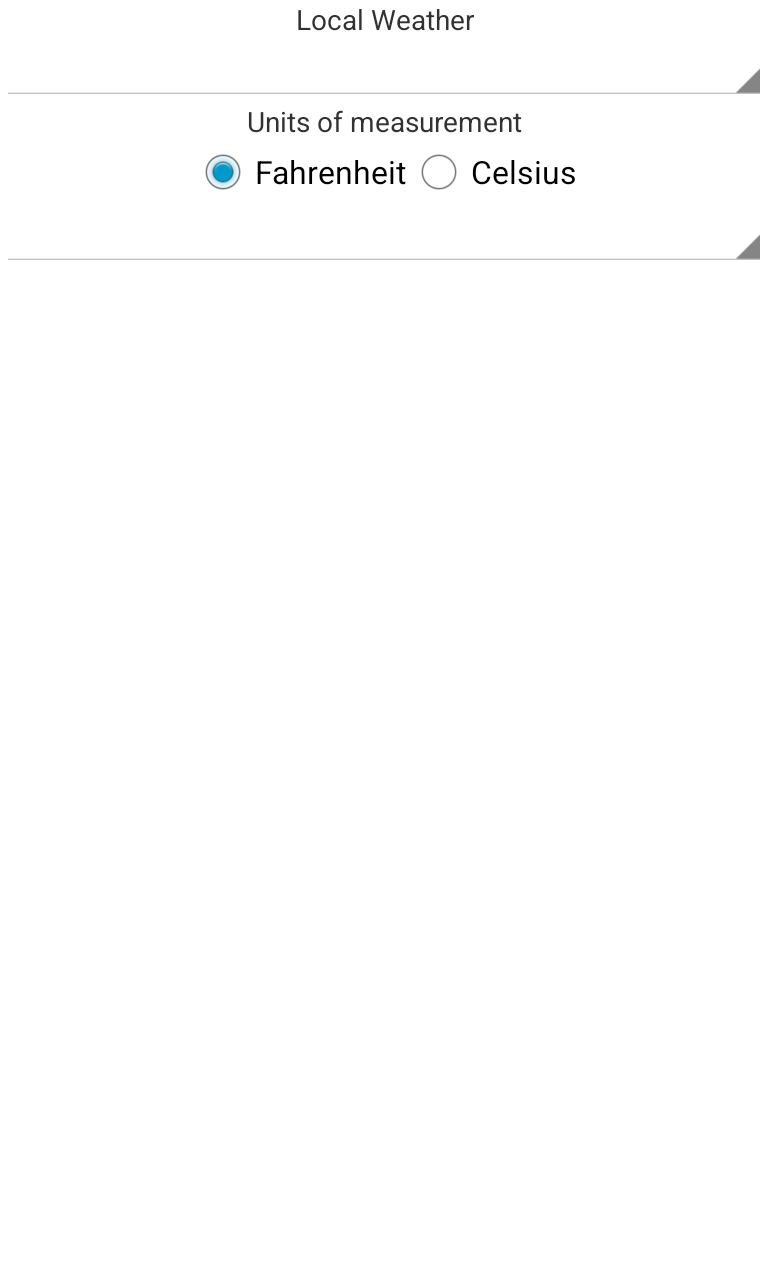
Repository: efreestone/Java1
Layout: Java1Project4/res/layout/activity_main.xml
An editor plug-in stored every save of this project. The layout is shown before and after the next save, followed by the edit.
It is drawn on a 768 x 1280 px phone screen (xhdpi) without system bars, with theme AppTheme; the app's code is not run.

Above is the layout before, as saved 2014-03-25 21:00:49.

After the next save:
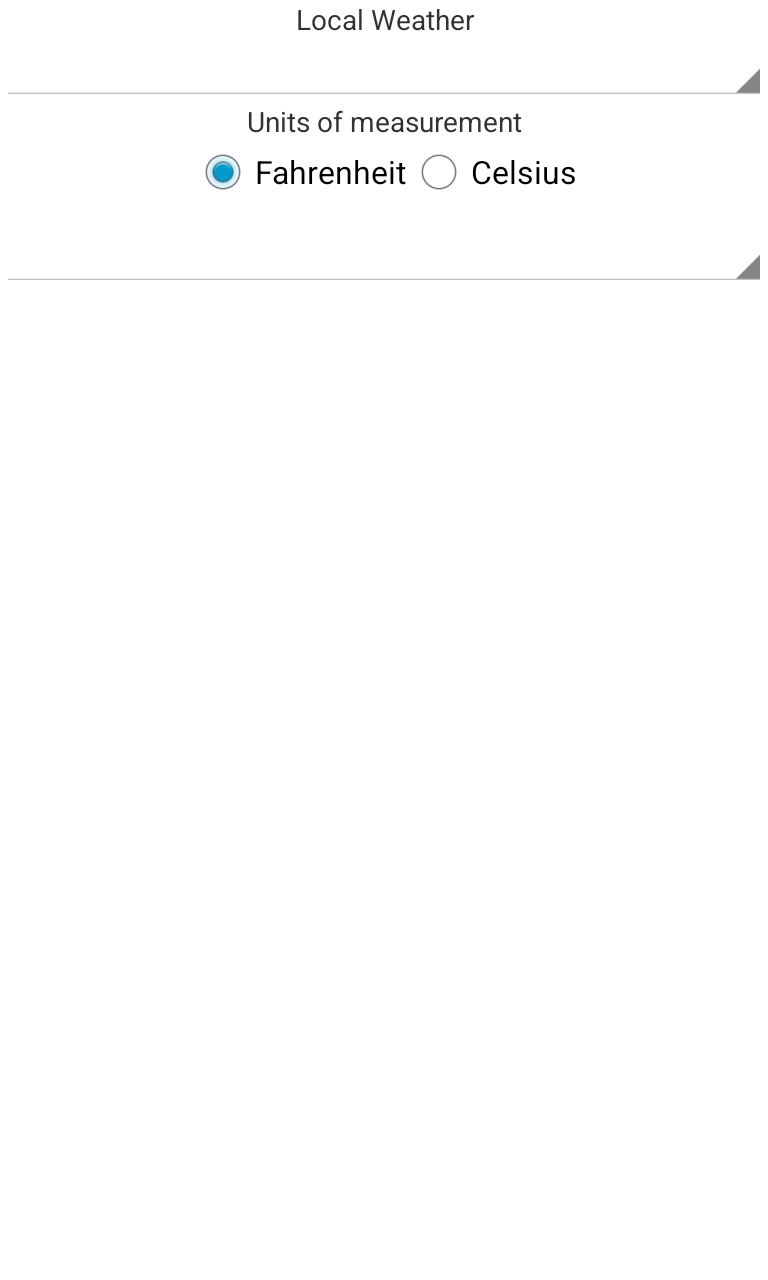
Saved 47 s later.
--- a/Java1Project4/res/layout/activity_main.xml
+++ b/Java1Project4/res/layout/activity_main.xml
@@ -58,7 +58,8 @@
         <Spinner
             android:id="@+id/currentSpinner"
             android:layout_width="match_parent"
-            android:layout_height="wrap_content"/>
+            android:layout_height="wrap_content"
+            android:layout_marginTop="10dp"/>
 
     <!-- </LinearLayout> -->
 
